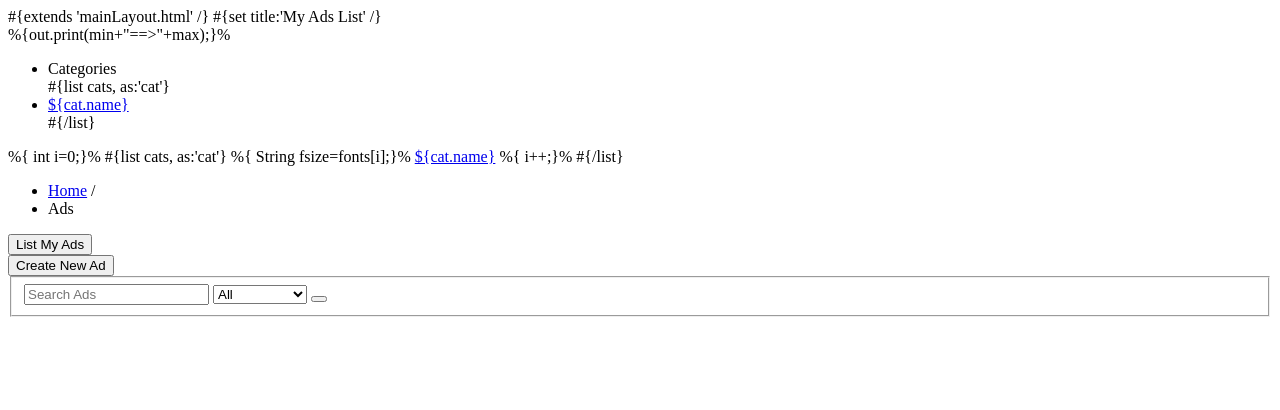
Repository: Maalejm/SEBA
Page: SlifeWebSite/app/views/Ads/index.html
An editor plug-in stored every save of this project. The page is shown before and after the next save, followed by the edit.
The browser window is 1280 px wide. The pictures show the whole page.

Above is the page before, as saved 2013-06-17 23:59:15.
Console error: SyntaxError: Invalid or unexpected token

### SlifeWebSite/app/views/Ads/index.html
#{extends 'mainLayout.html' /}
#{set title:'My Ads List' /}




<div class="container-fluid">
%{out.print(min+"==>"+max);}%
            <div class="row-fluid">
                <div class="span2">

                    <ul class="nav nav-list">
                        <li class="nav-header">Categories</li>

                        #{list cats, as:'cat'}
                         <li
                         %{ if(cat.id==1) { }%
                          class="active"
                         %{ } }%
                         ><a class="catNav" href="${cat.id}">${cat.name}</a></li>
                        #{/list}

                    </ul>
                    %{ int i=0;}%
                    #{list cats, as:'cat'}
                       %{ String fsize=fonts[i];}%
                       <span style="font-size:${fsize}px;"><a class="catNav" href="${cat.id}">${cat.name}</a></span>
                      %{ i++;}%
                    #{/list}


					<div>


                    </div>
                    <!--Sidebar content-->
                </div>
                <div class="span10">
                    <ul class="breadcrumb">
                        <li><a href="#">Home</a> <span class="divider">/</span></li>
                        <li class="active">Ads</li>
                    </ul>

                    <div class="btn-group">
                        <button class="btn">List My Ads</button>
                    </div>

                    <div class="btn-group">
                        <button class="btn">Create New Ad</button>
                    </div>

                    <div class="span10 searchForm">

                            <fieldset>

                                <input name="search" class="span7" type="text" id="search"  placeholder="Search Ads" >
                                    <select id="category" class="span3">
                                        <option value="0">All</option>

                                        #{list cats, as:'cat'}
                                        <option value="${cat.id}">${cat.name}</option>
                                        #{/list}
                                    </select>

                                    <button type="submit" class="btn btn-primary"> <i class="icon-search icon-white"></i></button>
                           </fieldset>

                    </div>

                    <div  id="result">





           </div>



                    <!--Body content-->
                </div>
            </div>
        </div>





<script type="text/javascript" charset="${_response_encoding}">

    // Rebuild state

    $('#search').val(sessvars.search)
    //if(sessvars.page == undefined) {
        sessvars.page = 1
    //}

    //if(sessvars.firstPage == undefined) {
        sessvars.firstPage = 1
    //}

    //if(sessvars.lastPage == undefined) {
        sessvars.lastPage = 10
    //}


    // Search function
    var search = function() {


        loadData($('#search').val(),$('#category').val(),10)

    }

    var loadData=function(search,category,size){

    	sessvars.search = search
        sessvars.category = category
        sessvars.size =size //$('#size').val()
        var listAction = #{jsAction @list(':search',':category', ':size', ':page',':firstPage',':lastPage') /}
        $('#result').load(listAction({search: sessvars.search,category :sessvars.category , size: sessvars.size, page: sessvars.page
        	, firstPage: sessvars.firstPage, lastPage: sessvars.lastPage}), function() {


        })

    }

    // Events handler
    $('#submit').click(function() {
        sessvars.page = 1

        search()
    })
    $('#search').keyup(function() {
        sessvars.page = 1

        search()
    })

    $('#category').change(function() {
        sessvars.page = 1

        search()
    })


    $('#nextPage').live('click', function(e) {

    	pageinfo= $(this).attr('href').split(';');
    	sessvars.page =pageinfo[0]
        sessvars.firstPage=pageinfo[1]
        sessvars.lastPage=pageinfo[2]

        e.preventDefault()
        search()
    })

    $('#prePage').live('click', function(e) {
    	pageinfo= $(this).attr('href').split(';');
    	sessvars.page =pageinfo[0]
        sessvars.firstPage=pageinfo[1]
        sessvars.lastPage=pageinfo[2]

        e.preventDefault()
        search()
    })

    $('.pagebtn').live('click', function(e) {

    	pageinfo= $(this).attr('href').split(';');
    	sessvars.page =pageinfo[0]
        sessvars.firstPage=pageinfo[1]
        sessvars.lastPage=pageinfo[2]
        e.preventDefault()
        search()
    })


    $('.catNav').live('click', function(e) {



    	sessvars.page =1
        sessvars.firstPage=1
        sessvars.lastPage=10
        $('#search').val("")
        $('.catNav').parent().removeClass('active');
        $(this).parent().addClass('active');
    	e.preventDefault()

       loadData("",$(this).attr('href'),10)
    })

    // Init
    if(sessvars.search != undefined) {
        search()

    }

</script>

After the next save:
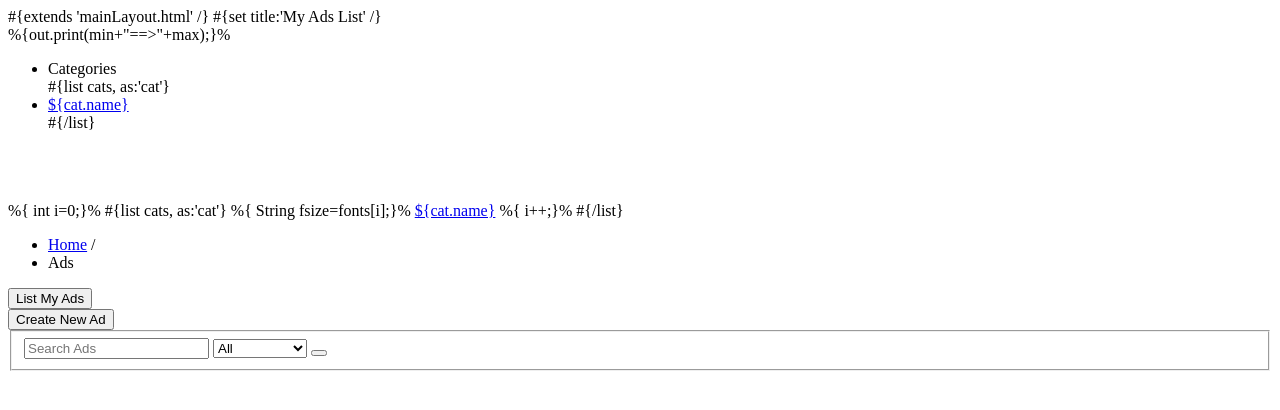
Saved 3 min 2 s later.
--- a/SlifeWebSite/app/views/Ads/index.html
+++ b/SlifeWebSite/app/views/Ads/index.html
@@ -21,6 +21,9 @@
                         #{/list}
 
                     </ul>
+                    <br/>
+                    <br/>
+                    <br/>
                     %{ int i=0;}%
                     #{list cats, as:'cat'}
                        %{ String fsize=fonts[i];}%
